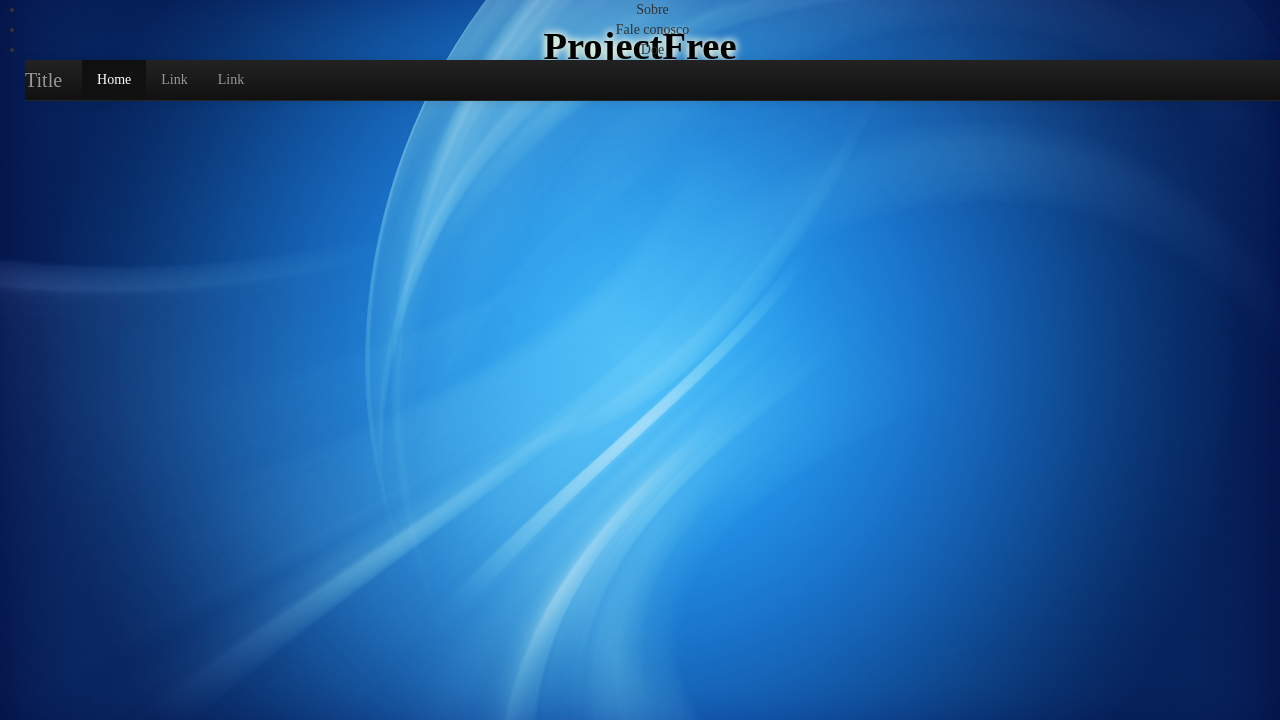
Repository: BrunoRB/ProjetoBanco
Page: http://localhost/templates/header.php
The author's editor kept a copy of each file at every save. The page is drawn from the files as they stood at one save, then again after the next save.
The browser window is 1280 px wide. The pictures show the whole page.
The page is run by PHP 8.4 with error messages shown; the project is at /var/www/html/.

Above is the page before, as saved 2013-06-14 03:30:27.

### codigo/ProjectFree/templates/header.php
<!DOCTYPE HTML>

<html lang="pt-BR">
	<head>
		<meta charset='utf-8' />
		<title>Project Free</title>

		<meta name="viewport" content="width=device-width, initial-scale=1.0">
		<link rel="stylesheet" type="text/css" href="../resources/css/bootstrap.css" />
		<link rel="stylesheet" type="text/css" href="../resources/css/bootstrap-responsive.css" />
		<link rel="stylesheet" type="text/css" href="../resources/css/main.css" />

		<script type="text/javascript" src="../resources/js/jquery-2.0.2.js"></script>
		<script type="text/javascript" src="../resources/js/bootstrap.js"></script>
	</head>
	<body>
		<header>
			<div class="pagination-centered">
				<h1 class="text-">ProjectFree</h1>
				<nav>
					<ul class="navbar navbar-fixed-top navbar-inverse">
						<li>Sobre</li>
						<li>Fale conosco</li>
						<li>Doe</li>
						<div class="navbar-inner">
    <a class="brand" href="#">Title</a>
    <ul class="nav">
      <li class="active"><a href="#">Home</a></li>
      <li><a href="#">Link</a></li>
      <li><a href="#">Link</a></li>
    </ul>
  </div>
					</ul>
				</nav>
			</div>
		</header>

### codigo/ProjectFree/resources/css/main.css

body {
    font-family: Times New Roman;
    background: url(../img/blue.jpg) no-repeat center center fixed;
    background-size: cover;
	margin: 2% !important;
}

h1 {
	color: #aaf;
    text-shadow: none;
    -webkit-transition: 500ms linear 0s;
    -moz-transition: 500ms linear 0s;
    -o-transition: 500ms linear 0s;
    transition: 500ms linear 0s;
    outline: 0 none;
    color: black;
    text-shadow: -1px 1px 8px #ffc, 1px -1px 8px #fff;

}

h1:hover, button:hover {
	color: white;
    text-shadow: -1px 1px 8px #ffc, 1px -1px 8px #fff;
}

.verticalCenter {
	margin-top: 10%;
}

footer.footer {
	margin-bottom: 1%;
}

#container {
	font-size: large;
}

Loaded but not shown: codigo/ProjectFree/resources/css/bootstrap.css (library); codigo/ProjectFree/resources/css/bootstrap-responsive.css (library); codigo/ProjectFree/resources/js/jquery-2.0.2.js (library); codigo/ProjectFree/resources/js/bootstrap.js (library)

After the next save:
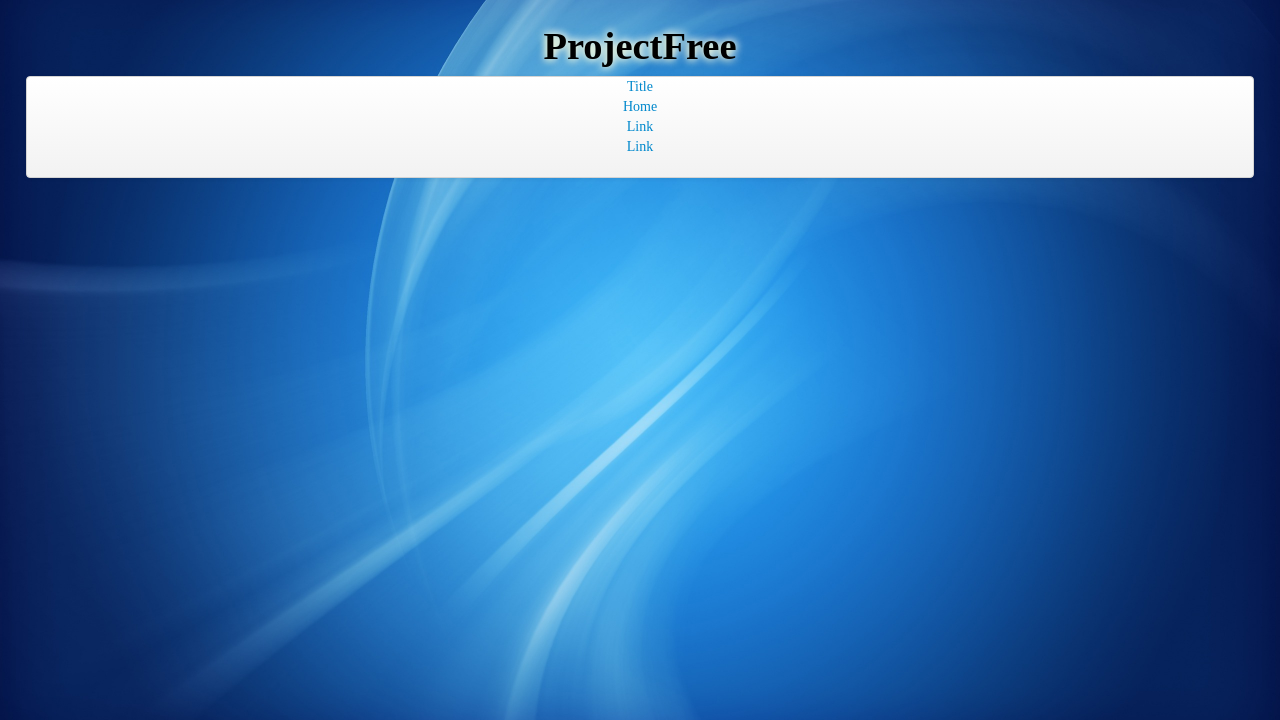
Saved 46 s later.
--- a/codigo/ProjectFree/templates/header.php
+++ b/codigo/ProjectFree/templates/header.php
@@ -1,36 +1,33 @@
 <!DOCTYPE HTML>
 
 <html lang="pt-BR">
-	<head>
-		<meta charset='utf-8' />
-		<title>Project Free</title>
+<head>
+<meta charset='utf-8' />
+<title>Project Free</title>
 
-		<meta name="viewport" content="width=device-width, initial-scale=1.0">
-		<link rel="stylesheet" type="text/css" href="../resources/css/bootstrap.css" />
-		<link rel="stylesheet" type="text/css" href="../resources/css/bootstrap-responsive.css" />
-		<link rel="stylesheet" type="text/css" href="../resources/css/main.css" />
+<meta name="viewport" content="width=device-width, initial-scale=1.0">
+<link rel="stylesheet" type="text/css"
+	href="../resources/css/bootstrap.css" />
+<link rel="stylesheet" type="text/css"
+	href="../resources/css/bootstrap-responsive.css" />
+<link rel="stylesheet" type="text/css" href="../resources/css/main.css" />
 
-		<script type="text/javascript" src="../resources/js/jquery-2.0.2.js"></script>
-		<script type="text/javascript" src="../resources/js/bootstrap.js"></script>
-	</head>
-	<body>
-		<header>
-			<div class="pagination-centered">
-				<h1 class="text-">ProjectFree</h1>
-				<nav>
-					<ul class="navbar navbar-fixed-top navbar-inverse">
-						<li>Sobre</li>
-						<li>Fale conosco</li>
-						<li>Doe</li>
-						<div class="navbar-inner">
-    <a class="brand" href="#">Title</a>
-    <ul class="nav">
-      <li class="active"><a href="#">Home</a></li>
-      <li><a href="#">Link</a></li>
-      <li><a href="#">Link</a></li>
-    </ul>
-  </div>
+<script type="text/javascript" src="../resources/js/jquery-2.0.2.js"></script>
+<script type="text/javascript" src="../resources/js/bootstrap.js"></script>
+</head>
+<body>
+	<header>
+		<div class="pagination-centered">
+			<h1 class="text-">ProjectFree</h1>
+			<nav navbar navbar-fixed-top navbar-inverse>
+				<div class="navbar-inner">
+					<a class="brand" href="#">Title</a>
+					<ul class="nav">
+						<li class="active"><a href="#">Home</a></li>
+						<li><a href="#">Link</a></li>
+						<li><a href="#">Link</a></li>
 					</ul>
-				</nav>
-			</div>
-		</header>
+				</div>
+			</nav>
+		</div>
+	</header>
